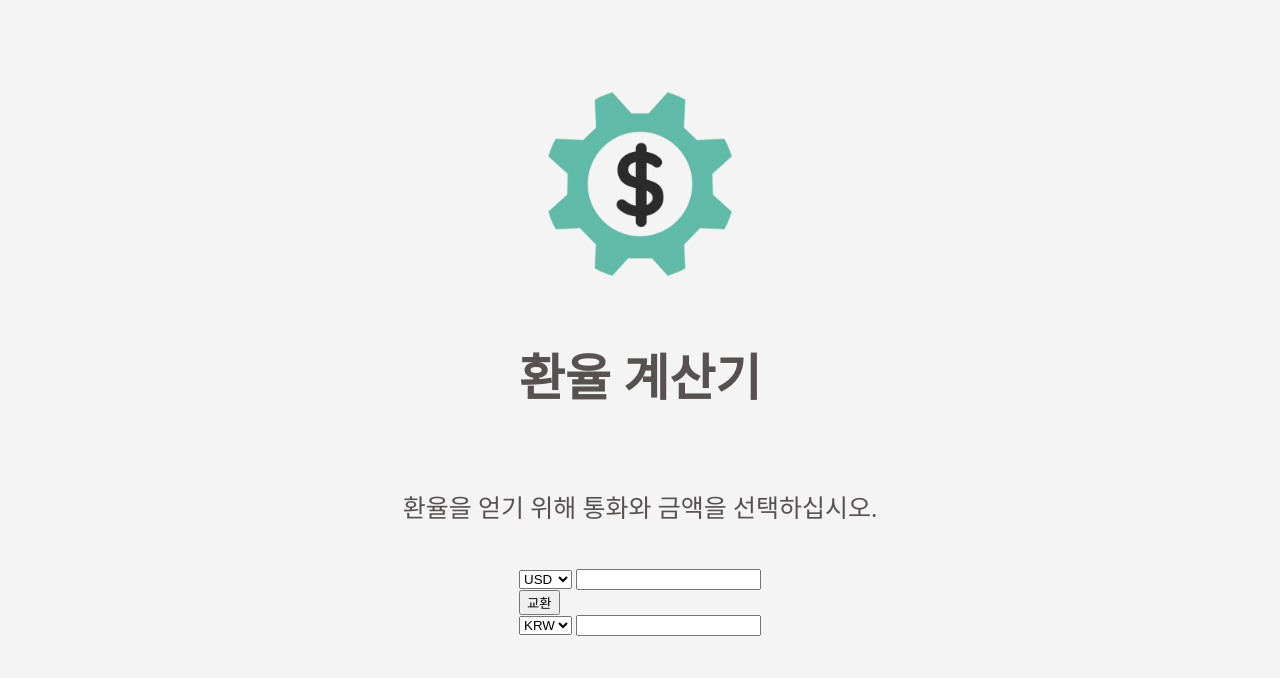
Repository: AbrorjonKuchkarov/exchange-rate
Page: index.html
An editor plug-in stored every save of this project. The page is shown before and after the next save, followed by the edit.
The browser window is 1280 px wide. The pictures show the whole page.

Above is the page before, as saved 2022-02-24 01:20:12.

After the next save:
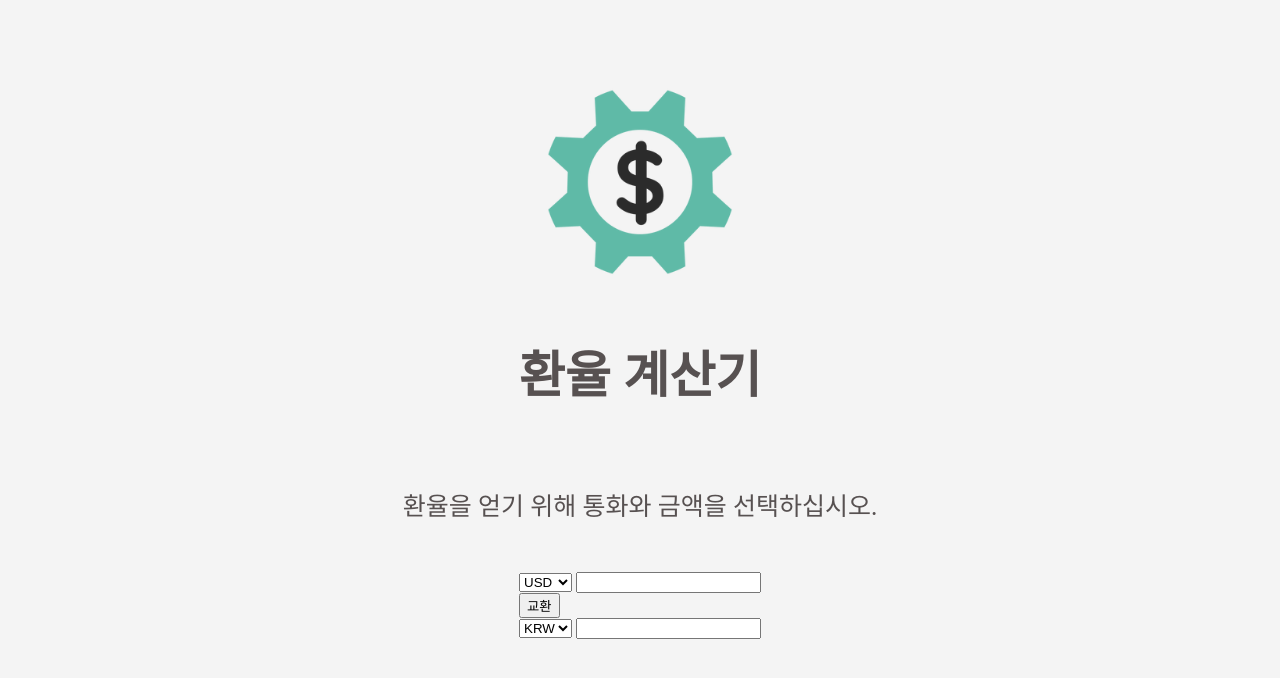
Saved 8 s later.
--- a/style.css
+++ b/style.css
@@ -26,5 +26,5 @@ h1{
 p{
    color: #575151;
    font-size: 25px;
-   padding-bottom: 20px;
+   padding-bottom: 25px;
 }
